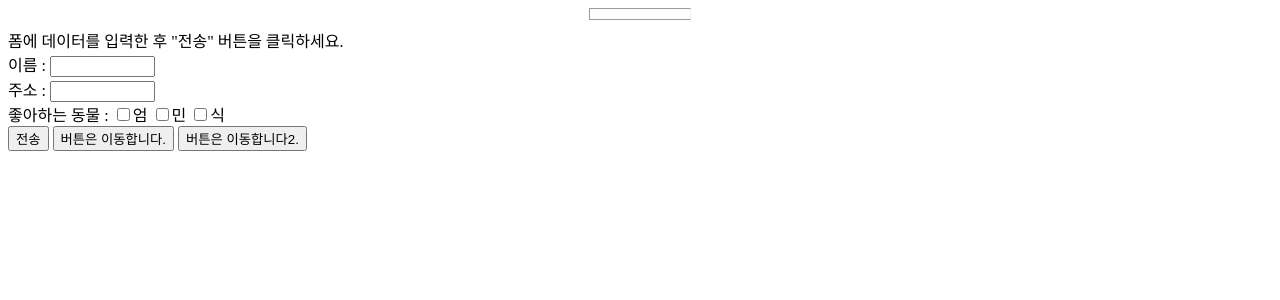
Repository: eParkjongtaek/lovedisket
Page: http://localhost/KH18_1/0905/12makeTestForm.jsp
An editor plug-in stored every save of this project. The page is shown before and after the next save, followed by the edit.
The browser window is 1280 px wide. The pictures show the whole page.
The page is served by Tomcat 9. Other server files are loaded and not shown.

Above is the page before, as saved 2017-09-05 06:12:26.

### source/KH18_1/WebContent/0905/12makeTestForm.jsp
<%@ page contentType="text/html; charset=euc-kr" %>
<html>
	<head>
		<title>폼 생성</title>
		<style>
			hr { border-top:1px solid #9C9C9C; border-bottom:1px solid #9C9C9C; width:100px; height:10px; }
		</style>
		<script src="https://ajax.googleapis.com/ajax/libs/jquery/1.12.4/jquery.min.js"></script>
		<script type="text/javascript">
			$(function () {
				$("#move").click(function () {

					$("#form1").submit();

				});
			});

			function move_submit()
			{
				$("#form1").submit();
			}

		</script>
	</head>
	<body>
		<hr>폼에 데이터를 입력한 후 "전송" 버튼을 클릭하세요.
		<form id="form1" action="./13viewParameter.jsp" method="post">
			이름 : <input type="text" name="name" size="10"><br/>
			주소 : <input type="text" name="address" size="10"><br/>
			좋아하는 동물 :
				<input type="checkbox" name="pet" value="엄자바">엄
				<input type="checkbox" name="pet" value="민자바">민
				<input type="checkbox" name="pet" value="식자바">식
			<br/>
			<input type="submit" value="전송">
			<input id="move" type="button" value="버튼은 이동합니다." >
			<input type="button" value="버튼은 이동합니다2." onclick="javascript:move_submit();">

		</form>
	</body>
</html>

After the next save:
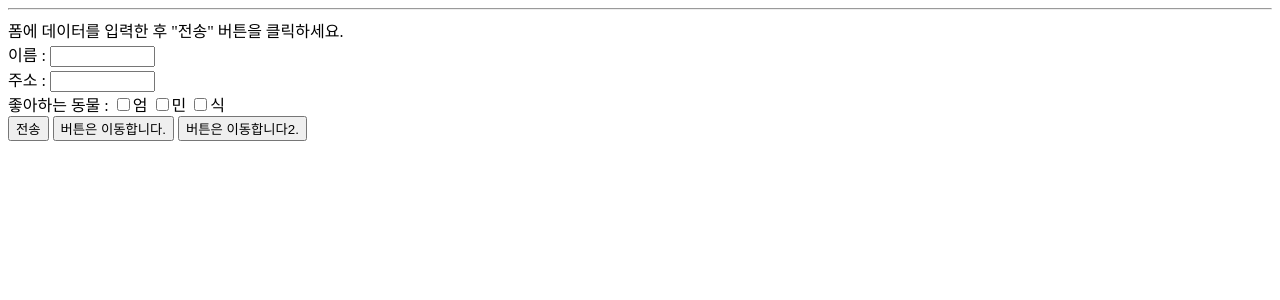
Saved 27 s later.
--- a/source/KH18_1/WebContent/0905/12makeTestForm.jsp
+++ b/source/KH18_1/WebContent/0905/12makeTestForm.jsp
@@ -3,7 +3,7 @@
 	<head>
 		<title>폼 생성</title>
 		<style>
-			hr { border-top:1px solid #9C9C9C; border-bottom:1px solid #9C9C9C; width:100px; height:10px; }
+
 		</style>
 		<script src="https://ajax.googleapis.com/ajax/libs/jquery/1.12.4/jquery.min.js"></script>
 		<script type="text/javascript">
